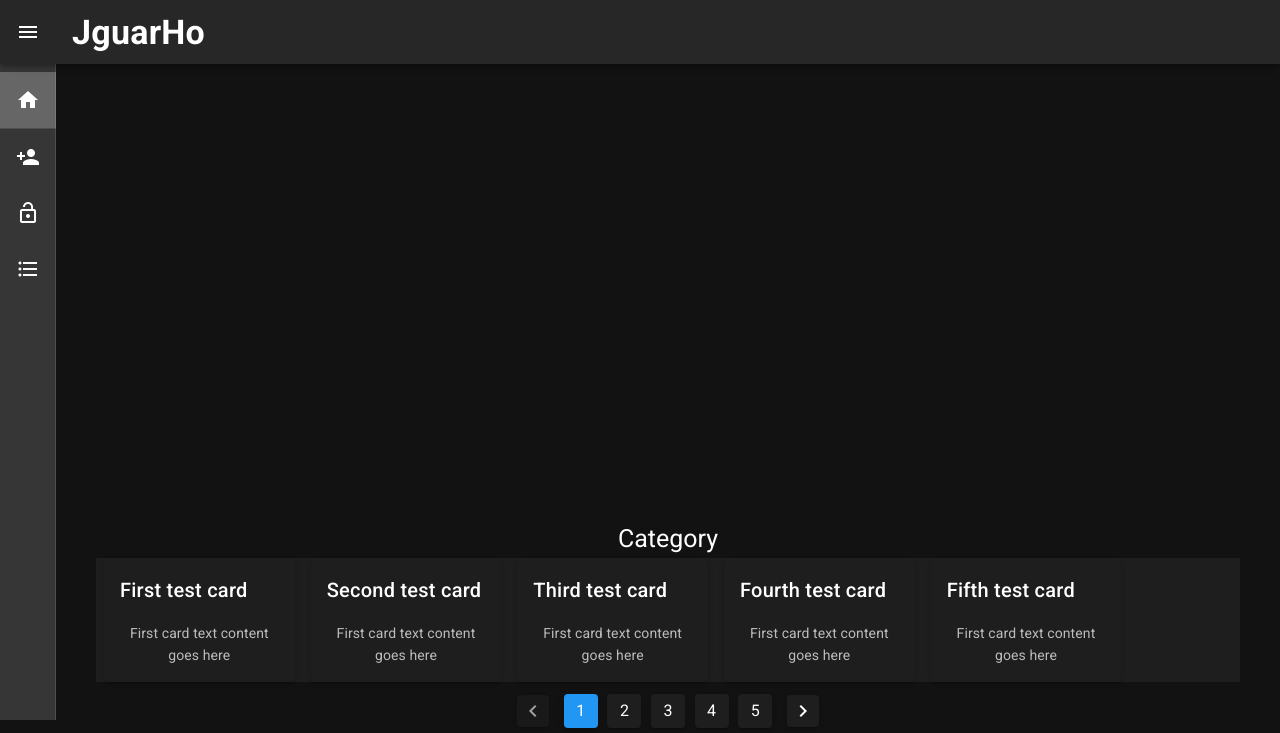
Repository: agent501/MRMS
Page: /
An editor plug-in stored every save of this project. The page is shown before and after the next save, followed by the edit.
The browser window is 1280 px wide. The pictures show the whole page.
The page's requests for data from a server got no answer. The project was rebuilt for these pictures with package versions that can differ from the ones it lists, and the page was loaded fresh each time. No one was signed in, and anything a server would have sent is missing. Also part of the build but not shown: vue.config.js, src/components/Product/products.vue, src/components/Product/product.vue, src/components/Product/createproduct.vue, src/components/User/signin.vue, src/components/User/signup.vue, src/components/User/profile.vue, src/components/Shared/Alert.vue and 2 more. Imported but missing from the stored project, and not drawn on this page: src/router/auth-guard.js.

Above is the page before, as saved 2020-08-05 12:04:33.

### src/main.js
import Vue from 'vue';
import App from './App.vue';
import router from './router';
import { store } from './store';
import alert from './components/Shared/Alert.vue';
import vuetify from './plugins/vuetify';
import { fb } from './components/firebase/firebase.js';
import * as firebase from 'firebase';
import editproductdiaglog from './components/Product/Edit/editproductdialog.vue';
import editprogressbar from './components/Product/Edit/editprogressbar.vue';

Vue.component('app-alert', alert);
Vue.component('app-edit-product', editproductdiaglog);
Vue.component('app-edit-progress', editprogressbar);

Vue.config.productionTip = false;

new Vue({
  router,
  store,
  vuetify,
  render: (h) => h(App),
  created() {
    fb;
    firebase.auth().onAuthStateChanged((user) => {
      if (user) {
        this.$store.dispatch('autosignin', user);
      }
    });
    this.$store.dispatch('loadProducts');
  },
}).$mount('#app');

### src/App.vue
<template>
  <v-app>
    <v-navigation-drawer v-model="drawer" :mini-variant.sync="mini" app clipped dense permanent>
      <v-list>
        <v-list-item to="/">
          <v-list-item-icon>
            <v-icon medium>home</v-icon>
          </v-list-item-icon>

          <v-list-item-content>
            <v-list-item-title>Home</v-list-item-title>
          </v-list-item-content>
        </v-list-item>

        <v-divider></v-divider>
        <v-list-item v-for="item in menuItems" :key="item.title" router :to="item.link">
          <v-list-item-icon>
            <v-icon medium>{{ item.icon }}</v-icon>
          </v-list-item-icon>

          <v-list-item-content>
            <v-list-item-title>{{ item.text }}</v-list-item-title>
          </v-list-item-content>
        </v-list-item>
        <v-list-item v-if="userIsAuthenticated || adminIsAuthenticated" @click="onLogout">
          <v-list-item-icon>
            <v-icon>exit_to_app</v-icon>
          </v-list-item-icon>
          <v-list-item-content>Logout</v-list-item-content>
        </v-list-item>
      </v-list>
    </v-navigation-drawer>

    <v-app-bar app clipped-left>
      <v-app-bar-nav-icon @click.stop="mini=!mini"></v-app-bar-nav-icon>
      <v-toolbar-title class="font-weight-bold display-1">
        <router-link to="/" tag="span" style="cursor:pointer">JguarHo</router-link>
      </v-toolbar-title>
    </v-app-bar>

    <!-- Page Content -->
    <v-content>
      <router-view></router-view>
    </v-content>

    <!-- <v-footer>
      <span>JguarHo &copy; Copyright Reserved</span>
    </v-footer>-->
  </v-app>
</template>

<script>
// import HelloWorld from './components/HelloWorld';

export default {
  name: 'App',

  components: {
    // HelloWorld,
  },
  props: {
    source: String
  },
  data: () => ({
    mini: true,
    drawer: true
    // items: [
    //   { icon: 'lock_open', text: 'Sign In', link: '/signin' },
    //   { icon: 'home', text: 'Home', link: '/' },
    //   { icon: 'list', text: 'All Products', link: '/products' },
    //   { icon: 'help_outline', text: 'About Us', link: '' }
    // ]
  }),
  computed: {
    menuItems() {
      let items = [
        { icon: 'person_add', text: 'Sign Up', link: '/signup' },
        { icon: 'lock_open', text: 'Sign In', link: '/signin' },

        {
          icon: 'format_list_bulleted',
          text: 'All Products',
          link: '/products'
        }
        // { icon: 'person', text: 'About Us', link: '' }
      ];
      if (this.adminIsAuthenticated) {
        items = [
          {
            icon: 'create_new_folder',
            text: 'Create Product',
            link: '/createproduct'
          },
          {
            icon: 'format_list_bulleted',
            text: 'All Products',
            link: '/products'
          },
          {
            icon: 'person',
            text: 'Profile',
            link: '/profile/' + this.adminIsAuthenticated.id
          }
        ];
      } else if (this.userIsAuthenticated) {
        items = [
          {
            icon: 'format_list_bulleted',
            text: 'All Products',
            link: '/products'
          },
          {
            icon: 'person',
            text: 'Profile',
            link: '/profile/' + this.userIsAuthenticated.id
          }
        ];
      }
      return items;
    },
    adminIsAuthenticated() {
      return (
        this.$store.getters.user !== null &&
        this.$store.getters.user !== undefined &&
        this.$store.getters.user.id === 'ktQMfIIbLQRTlySJDVzU9JbCF293' &&
        this.$store.getters.user
      );
    },
    userIsAuthenticated() {
      return (
        this.$store.getters.user !== null &&
        this.$store.getters.user !== undefined &&
        this.$store.getters.user
      );
    }
  },
  created() {
    this.$vuetify.theme.dark = true;
  },
  methods: {
    onLogout() {
      this.$store.dispatch('logout');
      this.$router.push('/');
    }
  }
};
</script>

### src/router/index.js
import Vue from 'vue';
import VueRouter from 'vue-router';
import home from '../components/Home.vue';
import products from '../components/Product/products.vue';
import product from '../components/Product/product.vue';
import createproduct from '../components/Product/createproduct.vue';
import signin from '../components/User/signin.vue';
import signup from '../components/User/signup.vue';
import profile from '../components/User/profile.vue';
import AuthGuard from '../router/auth-guard.js';

Vue.use(VueRouter);

export default new VueRouter({
  mode: 'history',
  routes: [
    { path: '/', name: 'home', component: home },
    { path: '/products', name: 'products', component: products },
    {
      path: '/createproduct',
      name: 'createproduct',
      component: createproduct,
      beforeEnter: AuthGuard,
    },
    { path: '/signin', name: 'signin', component: signin },
    { path: '/signup', name: 'signup', component: signup },
    {
      path: '/profile/:id',
      name: 'profile',
      component: profile,
      beforeEnter: AuthGuard,
    },
    {
      path: '/products/:id',
      name: 'product',
      props: true,
      component: product,
    },
  ],
});

### src/store/index.js
import Vue from 'vue';
import Vuex from 'vuex';

import product from './product';
import user from './user';
import shared from './shared';

Vue.use(Vuex);

export const store = new Vuex.Store({
  modules: {
    product: product,
    user: user,
    shared: shared,
  },
});

### src/plugins/vuetify.js
import Vue from 'vue';
import Vuetify from 'vuetify/lib';
import '@mdi/font/css/materialdesignicons.css'; //
import 'material-design-icons-iconfont/dist/material-design-icons.css';

Vue.use(Vuetify);

export default new Vuetify({
  icons: {
    iconfont: 'mdi',
  },
});

### src/components/firebase/firebase.js
import firebase from 'firebase/app';
import 'firebase/firestore';
import 'firebase/storage';

var firebaseConfig = {
  apiKey: 'AIzaSyBJdvJyA-ac-dO3JYy-4WKY7wIkma-Y1fI',
  authDomain: 'mrms-2ae69.firebaseapp.com',
  databaseURL: 'https://mrms-2ae69.firebaseio.com',
  projectId: 'mrms-2ae69',
  storageBucket: 'mrms-2ae69.appspot.com',
  messagingSenderId: '287673096935',
  appId: '1:287673096935:web:7f7f75dea0b5657353e042',
  measurementId: 'G-EKPLN37GXX',
};

export const fb = firebase.initializeApp(firebaseConfig);

### src/components/Home.vue
<template>
  <div class="mx-10" style="max-width:1800px">
    <v-layout>
      <v-flex xs12 class="text-xs-center" v-if="!loading">
        <v-progress-circular
          indeterminate
          class="primary--text"
          :width="7"
          :size="70"
          v-if="loading"
        ></v-progress-circular>
      </v-flex>
    </v-layout>

    <v-carousel
      cycle
      class="mt-4"
      height="400"
      hide-delimiters
      show-arrows-on-hover
      width="100%"
      style="cursor:pointer"
    >
      <v-carousel-item
        v-for="product in products"
        :key="product.id"
        @click="onLoadProduct(product.id)"
      >
        <div class="text-right">
          <span class="title">{{ product.name }}</span>
        </div>
        <img :src="product.featureimage" style="height: 100%; width: 100%; object-fit: contain" />
      </v-carousel-item>
    </v-carousel>

    <div>
      <div class="mt-10 text-center" style="font-size:25px">Category</div>

      <v-card
        v-bind:pagination.sync="pagination"
        class="d-flex flex-wrap mx-auto text-center"
        width="1200"
        flat
        tile
      >
        <v-flex xs2 v-for="card in cards" :key="card.title" class="mx-2">
          <v-card>
            <v-card-media :src="card.image" height="200px"></v-card-media>
            <v-card-title v-text="card.title"></v-card-title>
            <v-card-text v-text="card.content"></v-card-text>
          </v-card>
        </v-flex>
        <!-- <v-card
          v-for="n in 12"
          :key="n"
          class="pa-2"
          width="120"
          height="145"
          outlined
          tile
          @click="onLoadProduct(product.id)"
        >
          <v-img height="100" width="100" src="https://cdn.vuetifyjs.com/images/cards/store.jpg"></v-img>
          <p class="mt-1">Flex item</p>
        </v-card>-->
      </v-card>
      <div class="text-xs-center pt-2">
        <v-pagination v-model="page" :length="pageLength"></v-pagination>
      </div>
    </div>
  </div>
</template>

<script>
export default {
  data: () => ({
    page: 1,
    pageLength: 5,
    cards: [
      {
        title: 'First test card',
        image:
          'https://www.elastic.co/assets/bltada7771f270d08f6/enhanced-buzz-1492-1379411828-15.jpg',
        content: 'First card text content goes here',
      },
      {
        title: 'Second test card',
        image:
          'https://www.gettyimages.com/gi-resources/images/Embed/new/embed2.jpg',
        content: 'First card text content goes here',
      },
      {
        title: 'Third test card',
        image:
          'https://dab1nmslvvntp.cloudfront.net/wp-content/uploads/2016/03/1458289957powerful-images3.jpg',
        content: 'First card text content goes here',
      },
      {
        title: 'Fourth test card',
        image:
          'https://www.gettyimages.com/gi-resources/images/frontdoor/creative/PanoramicImagesRM/FD_image.jpg',
        content: 'First card text content goes here',
      },
      {
        title: 'Fifth test card',
        image:
          'http://mojly.com/wp-content/uploads/2017/12/love-image-lovely-images-photo-gallery-629721354.jpg',
        content: 'First card text content goes here',
      },
    ],
  }),
  computed: {
    products() {
      return this.$store.getters.featuredProducts;
    },
    loading() {
      return this.$store.getters.loading;
    },
    pages() {
      return this.pagination.rowsPerPage
        ? Math.ceil(this.items.length / this.pagination.rowsPerPage)
        : 0;
    },
  },
  methods: {
    onLoadProduct(id) {
      this.$router.push('/products/' + id);
    },
  },
};
</script>

<style scoped>
.title {
  background-color: rgba(235, 235, 235, 0.897);
  color: black;

  padding: 10px 30px;
}
</style>

### src/store/product/index.js
import * as firebase from 'firebase';

export default {
  state: {
    loadedProducts: [],
  },
  mutations: {
    createProduct(state, payload) {
      state.loadedProducts.push(payload);
    },
    setLoadedProducts(state, payload) {
      state.loadedProducts = payload;
    },
    updateProduct(state, payload) {
      const product = state.loadedProducts.find((product) => {
        return product.id === payload.id;
      });
      if (payload.name) {
        product.name = payload.name;
      }
      if (payload.description) {
        product.description = payload.description;
      }
      if (payload.earningperunit) {
        product.earningperunit = payload.earningperunit;
      }
      if (payload.investmentperunit) {
        product.investmentperunit = payload.investmentperunit;
      }
    },
    updateProgress(state, payload) {
      const product = state.loadedProducts.find((product) => {
        return product.id === payload.id;
      });
      if (payload.productprogressbar) {
        product.productprogressbar = payload.productprogressbar;
      }
    },
    deleteProduct(state, payload) {
      const registeredProducts = state.loadedProducts;
      registeredProducts.splice(
        registeredProducts.findIndex((product) => product.id === payload),
        1
      );
      // Reflect.deleteProperty(state.user.fbKeys,payload)
    },
  },
  actions: {
    loadProducts({ commit }) {
      commit('setLoading', true);
      firebase
        .database()
        .ref('products')
        .once('value')
        .then((data) => {
          const products = [];
          const obj = data.val();
          for (let key in obj) {
            products.push({
              id: key,
              name: obj[key].name,
              description: obj[key].description,
              investmentperunit: obj[key].investmentperunit,
              earningperunit: obj[key].earningperunit,
              creatorId: obj[key].creatorId,
              productimage: obj[key].productimage,
              productprogressbar: obj[key].productprogressbar,
              featureimage: obj[key].productimage[0],
            });
          }
          commit('setLoadedProducts', products);
          commit('setLoading', false);
        })
        .catch((error) => {
          console.log(error);
          commit('setLoading', true);
        });
    },
    deleteProduct({ commit }, payload) {
      const productId = payload;
      console.log(productId);
      firebase
        .database()
        .ref('products')
        .child(productId)
        .remove()
        .then(function () {
          // File deleted successfully

          console.log('success');
        })
        .catch(function (error) {
          // Uh-oh, an error occurred!
          console.log(error);
        });
      commit('deleteProduct', payload);
    },
    createProduct({ commit, getters }, payload) {
      const product = {
        name: payload.name,
        description: payload.description,
        investmentperunit: payload.investmentperunit,
        earningperunit: payload.earningperunit,
        productimage: payload.productimage,
        productprogressbar: payload.productprogressbar,
        creatorId: getters.user.id,
      };
      let key;
      firebase
        .database()
        .ref('products')
        .push(product)
        .then((data) => {
          //specific product id
          key = data.key;
          commit('createProduct', { ...product, id: key });
          // return key
        });
    },
    updateproductdata({ commit }, payload) {
      commit('loading', true);
      const updateObj = {};
      if (payload.name) {
        updateObj.name = payload.name;
      }
      if (payload.desscription) {
        updateObj.description = payload.desscription;
      }
      if (payload.earningperunit) {
        updateObj.earningperunit = payload.earningperunit;
      }
      if (payload.investmentperunit) {
        updateObj.investmentperunit = payload.investmentperunit;
      }
      firebase
        .database()
        .ref('products')
        .child(payload.id)
        .update(updateObj)
        .then(() => {
          commit('setLoading', false);
          commit('updateProduct', payload);
        })
        .catch((error) => {
          console.log(error);
          commit('setLoading', false);
        });
    },
    updateprogressdata({ commit }, payload) {
      commit('loading', true);
      const updateObj = {};
      if (payload.productprogressbar) {
        updateObj.productprogressbar = payload.productprogressbar;
      }

      firebase
        .database()
        .ref('products')
        .child(payload.id)
        .update(updateObj)
        .then(() => {
          commit('setLoading', false);
          commit('updateProgress', payload);
        })
        .catch((error) => {
          console.log(error);
          commit('setLoading', false);
        });
    },
  },
  getters: {
    loadedProducts(state) {
      return state.loadedProducts.sort((productA, productB) => {
        return productA.date > productB.date;
      });
    },
    featuredProducts(state, getters) {
      return getters.loadedProducts.slice(0, 5);
    },
    loadedProduct(state) {
      return (productId) => {
        return state.loadedProducts.find((product) => {
          return product.id === productId;
        });
      };
    },
  },
  modules: {},
};

### src/store/shared/index.js
export default {
  state: {
    loading: false,
    error: null,
  },
  mutations: {
    setLoading(state, payload) {
      state.loading = payload;
    },
    // change the of status error in state
    setError(state, payload) {
      state.error = payload;
    },
    // change the status of error back to null
    clearError(state) {
      state.error = null;
    },
  },
  actions: {
    clearError({ commit }) {
      commit('clearError');
    },
  },
  getters: {
    error(state) {
      return state.error;
    },
    loading(state) {
      return state.loading;
    },
  },
};

Loaded but not shown: public/index.html (common file); src/store/user/index.js (213 lines, source omitted)

After the next save:
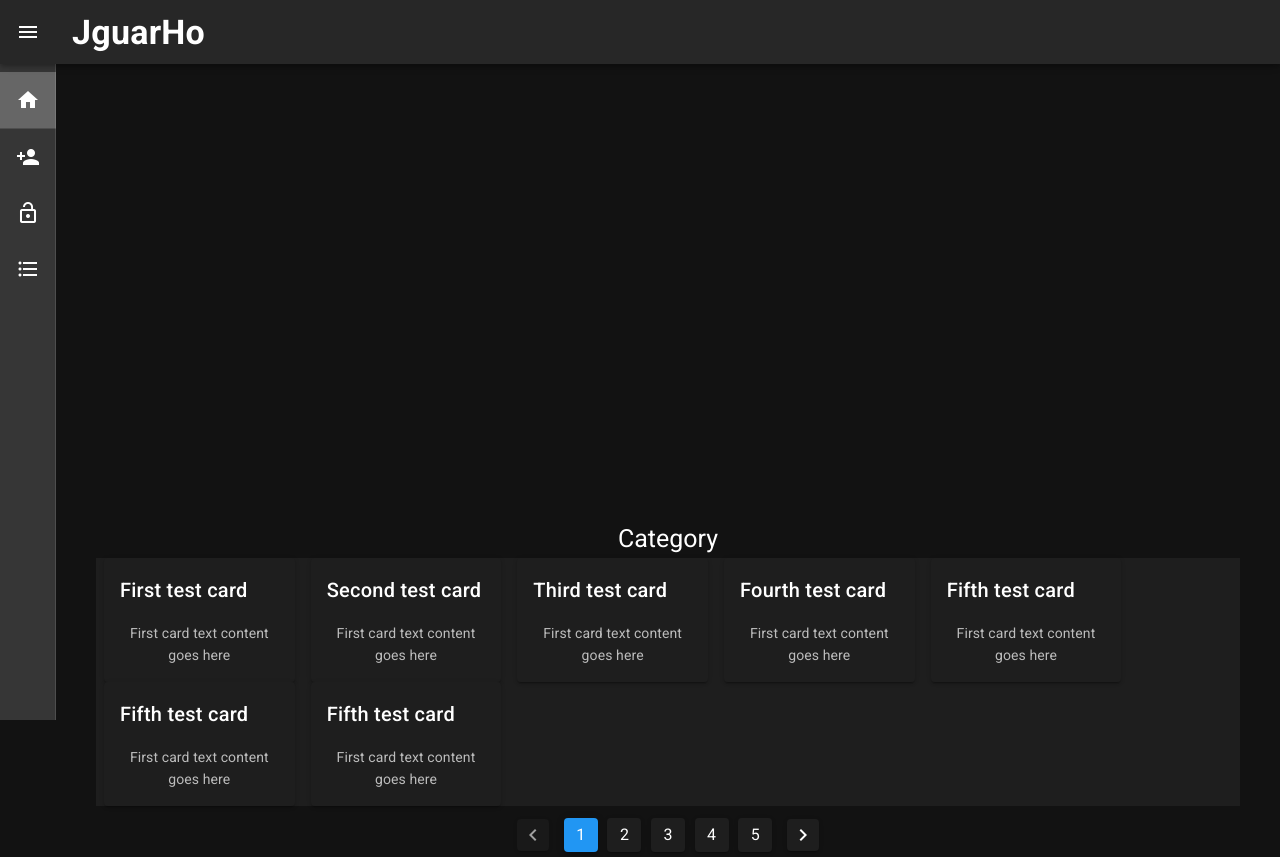
Saved 14 s later.
--- a/src/components/Home.vue
+++ b/src/components/Home.vue
@@ -107,6 +107,18 @@ export default {
           'http://mojly.com/wp-content/uploads/2017/12/love-image-lovely-images-photo-gallery-629721354.jpg',
         content: 'First card text content goes here',
       },
+      {
+        title: 'Fifth test card',
+        image:
+          'http://mojly.com/wp-content/uploads/2017/12/love-image-lovely-images-photo-gallery-629721354.jpg',
+        content: 'First card text content goes here',
+      },
+      {
+        title: 'Fifth test card',
+        image:
+          'http://mojly.com/wp-content/uploads/2017/12/love-image-lovely-images-photo-gallery-629721354.jpg',
+        content: 'First card text content goes here',
+      },
     ],
   }),
   computed: {
